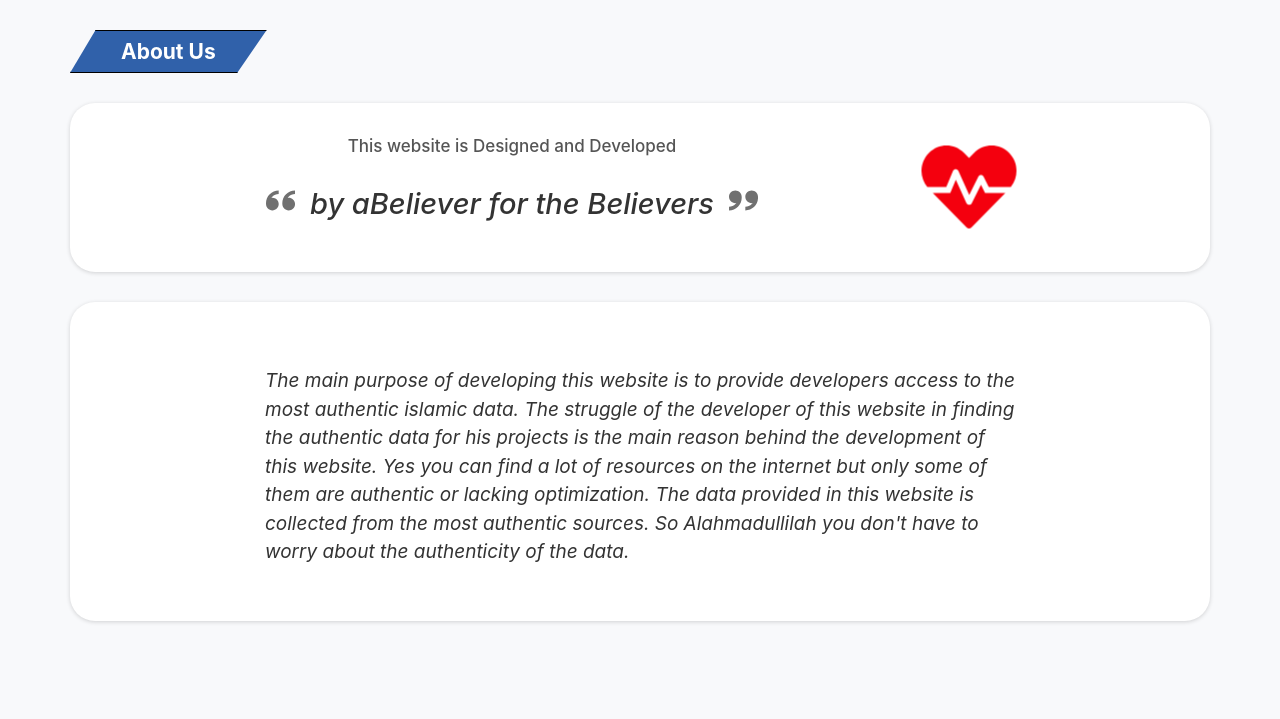
Repository: SpicierEwe/islamic-dev-repo
Page: /legal/about_us
The author's editor kept a copy of each file at every save. The page is drawn from the files as they stood at one save, then again after the next save.
The browser window is 1280 px wide. The pictures show the whole page.
The project was rebuilt for these pictures with package versions that can differ from the ones it lists, and the page was loaded fresh each time. The framework's server and built-in components were replaced by stand-ins that run in the browser. Also part of the build but not shown: next.config.js.

Above is the page before, as saved 2022-09-16 17:37:13.

### pages/_app.js
import "../styles/globals.css";
import { DataContextProvider } from "../store/data_context";

function MyApp({ Component, pageProps }) {
  return (
    <DataContextProvider>
      <Component {...pageProps} />
    </DataContextProvider>
  );
}

export default MyApp;

### pages/legal/about_us.js
import AboutUs from "../../components/legal/about_us/about_us";

export default function Legal() {
  return (
    <div>
      <AboutUs></AboutUs>
    </div>
  );
}

### styles/globals.css
html,
body,
div,
span,
applet,
object,
iframe,
h1,
h2,
h3,
h4,
h5,
h6,
p,
blockquote,
pre,
a,
abbr,
acronym,
address,
big,
cite,
code,
del,
dfn,
em,
img,
ins,
kbd,
q,
s,
samp,
small,
strike,
strong,
sub,
sup,
tt,
var,
b,
u,
i,
center,
dl,
dt,
dd,
ol,
ul,
li,
fieldset,
form,
label,
legend,
table,
caption,
tbody,
tfoot,
thead,
tr,
th,
td,
article,
aside,
canvas,
details,
embed,
figure,
figcaption,
footer,
header,
hgroup,
menu,
nav,
output,
ruby,
section,
summary,
time,
mark,
audio,
video {
  margin: 0;
  padding: 0;
  border: 0;
  vertical-align: baseline;
}
/* HTML5 display-role reset for older browsers */
article,
aside,
details,
figcaption,
figure,
footer,
header,
hgroup,
menu,
nav,
section {
  display: block;
}
body {
  line-height: 1;
}
ol,
ul {
  list-style: none;
}
blockquote,
q {
  quotes: none;
}
blockquote:before,
blockquote:after,
q:before,
q:after {
  content: "";
  content: none;
}
table {
  border-collapse: collapse;
  border-spacing: 0;
}

/*

 ////////////////////////////////////////////////////////////////////////////from here are the styles
 //////////////////////////////////////////////////////////////////////////

*/

:root {
  --complementary-blue: #0077b6;
  --heading_black: #080808;
}

html {
  font-size: 62.5%;
}

html,
body {
  padding: 0;
  margin: 0;
  /* font-family: "Roboto", "Open Sans", sans-serif, -apple-system,
    BlinkMacSystemFont, Segoe UI, Roboto, Oxygen, Ubuntu, Cantarell, Fira Sans,
    Droid Sans, Helvetica Neue, sans-serif; */

  font-family: -apple-system, BlinkMacSystemFont, Segoe UI, Roboto, Oxygen,
    Ubuntu, Cantarell, Fira Sans, Droid Sans, Helvetica Neue, sans-serif;
  font-weight: 400;
  line-height: 1;
  color: #555;
  box-sizing: border-box;

  background-color: #f8f9fb;

  /* will make the website unselectable/copyable */
  /* -webkit-touch-callout: none;
  -webkit-user-select: none;
  -khtml-user-select: none;
  -moz-user-select: none;
  -ms-user-select: none;
  user-select: none; */
}

a {
  color: inherit;
  text-decoration: none;
}

* {
  box-sizing: border-box;
}

### store/data_context.js
import { createContext, useState } from "react";

const DataContext = createContext({
  db: [],
  downlodable_data: [],
  globaliseDataFunction: (data) => {},
  globaliseDownloadableData: (data) => {},
});

export function DataContextProvider(props) {
  const [db, setDb] = useState([]);
  const [downlodableData, setdownlodableData] = useState([]);

  // globalize db
  function globaliseData(data) {
    /// will update the data
    setDb(data);
  }

  // globalize db
  function globaliseDownloadableData(data) {
    /// will update the data
    setdownlodableData(data);
  }

  const context = {
    db: db,
    downlodable_data: downlodableData,
    globaliseDataFunction: globaliseData,
    globaliseDownloadableData: globaliseDownloadableData,
  };

  return (
    <DataContext.Provider value={context}>
      {props.children}
    </DataContext.Provider>
  );
}

export default DataContext;

### components/legal/about_us/about_us.js
import styles from "./about_us.module.css";
import Image from "next/image";
import { ImQuotesLeft, ImQuotesRight } from "react-icons/im";
import { FaHeartbeat } from "react-icons/fa";

export default function AboutUs(props) {
  return (
    <div className={styles.bg}>
      <h1 className={styles.page_title}>About Us</h1>
      <div className={styles.container_development}>
        <div>
          <p className={styles.intro}>This website is Designed and Developed</p>
          <blockquote>
            <h3 className={styles.quote}>
              <ImQuotesLeft color="#707070" style={{ marginRight: "1.5rem" }} />
              by aBeliever for the Believers
              <ImQuotesRight color="#707070" style={{ marginLeft: "1.5rem" }} />
            </h3>
          </blockquote>
        </div>
        <div className={styles.heart_icon}>
          <FaHeartbeat size="9rem" color="f4000e" />
        </div>
      </div>
      <div className={styles.container_development}>
        <p className={styles.summary}>
          The main purpose of developing this website is to provide developers
          access to the most authentic islamic data. The struggle of the
          developer of this website in finding the authentic data for his
          projects is the main reason behind the development of this website.
          Yes you can find a lot of resources on the internet but only some of
          them are authentic or lacking optimization. The data provided in this
          website is collected from the most authentic sources. So
          Alahmadullilah you don&apos;t have to worry about the authenticity of
          the data.
        </p>
      </div>
    </div>
  );
}

### components/legal/about_us/about_us.module.css
.bg {
  /* background-color: red; */
  max-width: 120rem;
  padding: 0 3rem;
  margin: 0 auto;
}

.page_title {
  margin-top: 3rem;
  display: inline-block;
  clip-path: polygon(13% 0, 100% 0%, 85% 100%, 0% 100%);
  background-color: #3061aa;
  color: white;
  border: 1px solid black;
  padding: 1rem 5rem;
  font-size: 2.1rem;
}

.container_development {
  justify-content: center;
  align-items: center;
  display: flex;
  border-radius: 2.5rem;
  margin-top: 3rem;
  background-color: white;
  padding: 3.5rem 3rem;
  box-shadow: rgba(0, 0, 0, 0.16) 0px 1px 4px;
  justify-content: space-evenly;
}

.intro {
  text-align: center;
  font-weight: 500;
  color: #555;
  font-size: 1.7rem;
}

.quote {
  margin-top: 3rem;
  color: #333;
  font-weight: 500;
  font-size: 2.9rem;
  font-style: italic;
  padding-bottom: 1.9rem;
  text-align: center;
}

/* heart icon */
.heart_icon {
  animation: heartBeat 1.5s infinite;
}

/* heart icon animation */
@keyframes heartBeat {
  0% {
    transform: scale(1);
  }
  20% {
    transform: scale(1.1);
  }
  40% {
    transform: scale(1);
  }
  60% {
    transform: scale(1.1);
  }
  80% {
    transform: scale(1);
  }
  100% {
    transform: scale(1);
  }
}

.summary {
  margin-top: 3rem;
  max-width: 75rem;

  line-height: 1.5;
  color: #333;
  /* font-weight: 500; */
  font-size: 1.9rem;
  font-style: italic;
  padding-bottom: 1.9rem;
  /* text-align: center; */
}

/* media query */
@media (max-width: 768px) {
  .container_development {
    flex-direction: column;
    row-gap: 1.5rem;
  }
}

After the next save:
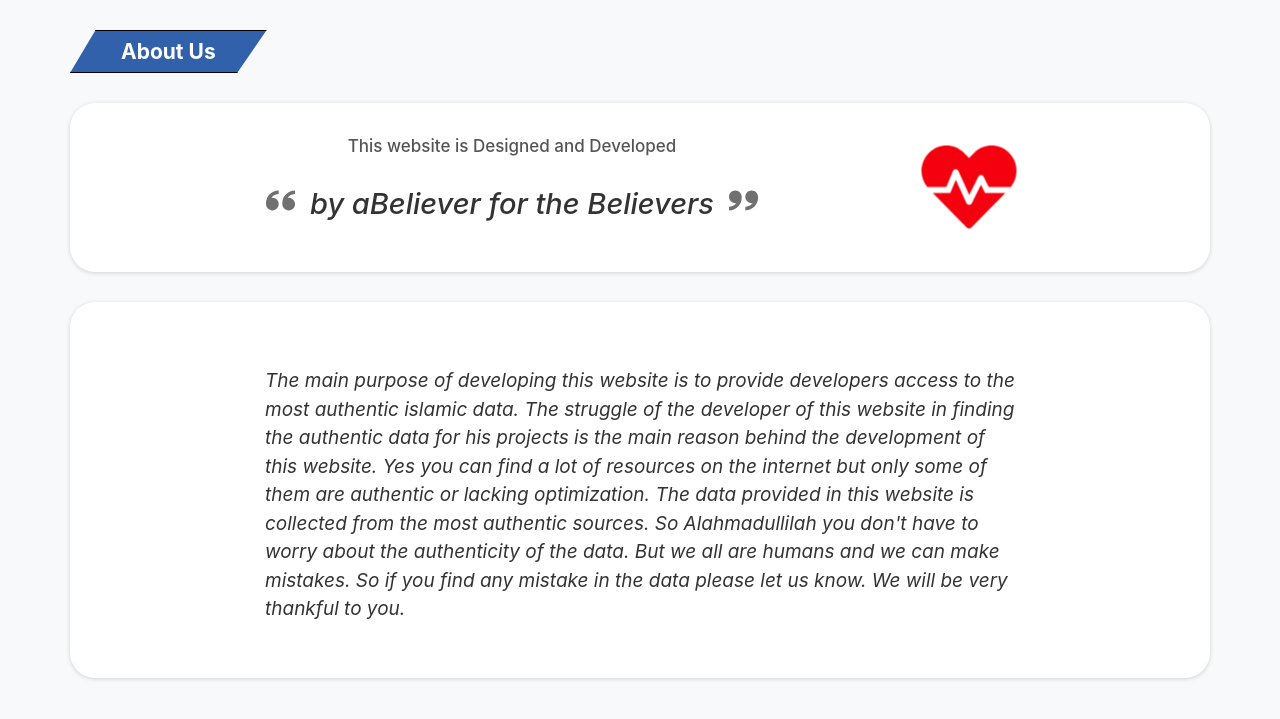
Saved 60 s later.
--- a/components/legal/about_us/about_us.js
+++ b/components/legal/about_us/about_us.js
@@ -32,7 +32,9 @@ export default function AboutUs(props) {
           them are authentic or lacking optimization. The data provided in this
           website is collected from the most authentic sources. So
           Alahmadullilah you don&apos;t have to worry about the authenticity of
-          the data.
+          the data. But we all are humans and we can make mistakes. So if you
+          find any mistake in the data please let us know. We will be very
+          thankful to you.
         </p>
       </div>
     </div>
